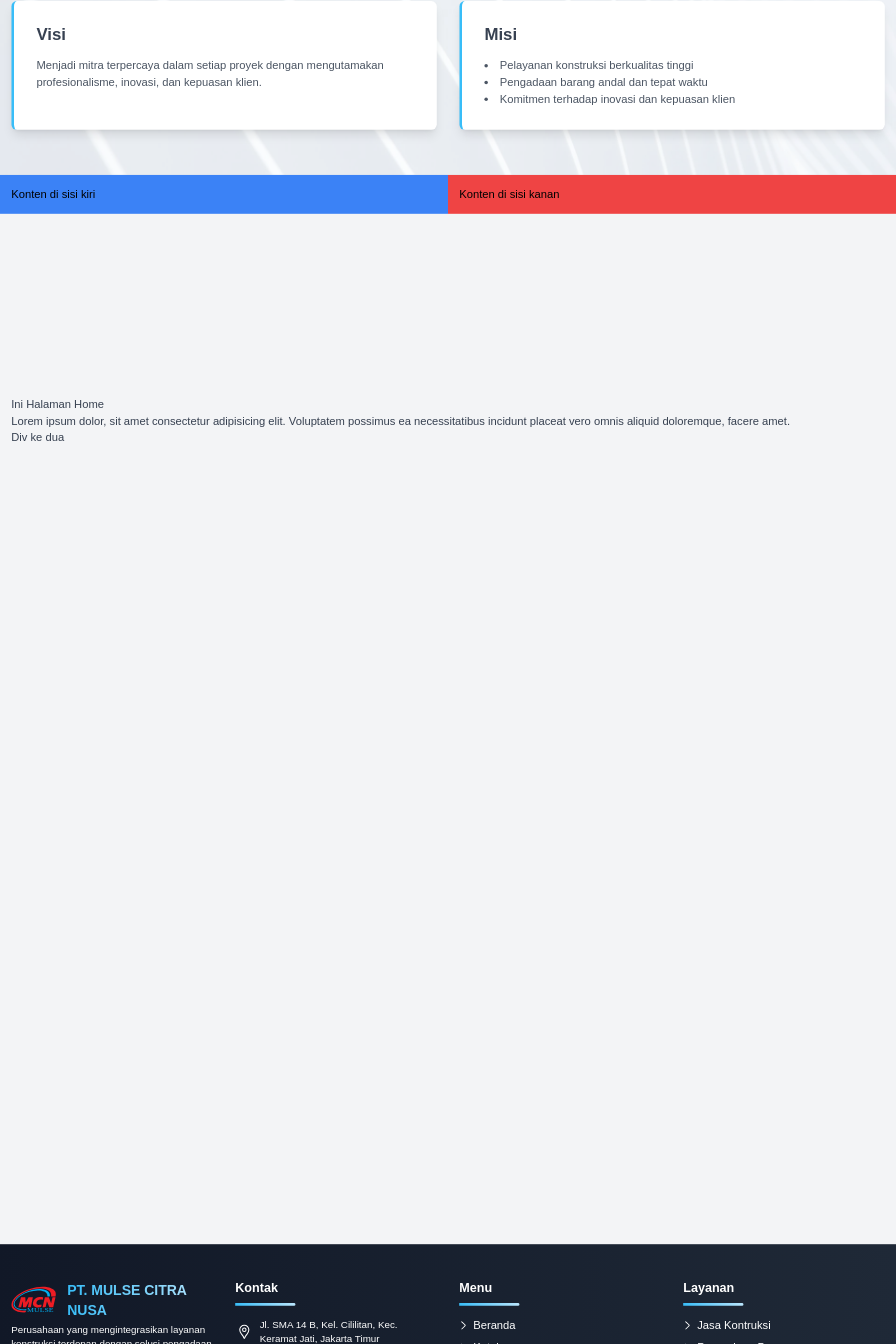
Repository: PrasBaldin/next-mulse
Page: /
These files come from the project's save history. The page is drawn as it stood at one moment and after the next save; the edit follows.
The browser window is 1280 px wide. The pictures show the part of the page from y = 1718 to 3638 px (the page is 3893 px tall before and 3949 px after), at 70% of full size.
The project was rebuilt for these pictures with package versions that can differ from the ones it lists, and the page was loaded fresh each time. The framework's server and built-in components were replaced by stand-ins that run in the browser. Also part of the build but not shown: next.config.ts.

Above is the page before, as saved 2025-02-23 04:27:40.

### app/layout.tsx
import type { Metadata } from "next";
import { Geist, Geist_Mono } from "next/font/google";
import "./globals.css";
import Navbar from "@/components/navbar";
import Footer from "@/components/footer";

const geistSans = Geist({
  variable: "--font-geist-sans",
  subsets: ["latin"],
});

const geistMono = Geist_Mono({
  variable: "--font-geist-mono",
  subsets: ["latin"],
});

export const metadata: Metadata = {
  title: "Mulse",
  description: "Selamat datang di PT. Mulse Citra Nusa, kami menyediakan barang dan jasa sesuai kebutuhan Anda.",
};

export default function RootLayout({
  children,
}: Readonly<{
  children: React.ReactNode;
}>) {
  return (
    <html lang="en">
      <body className={`${geistSans.variable} ${geistMono.variable} antialiased`} >
        <Navbar />
        {children}
        <Footer />
      </body>
    </html>
  );
}

### app/page.tsx
import Hero from "@/components/hero";
import AboutPage from "./about/page";
import ServicesPage from "./services/page";

const IndexPage = () => (
  <>
    <Hero />
    <AboutPage />
    <ServicesPage />
    <section className="bg-gray-100 dark:bg-gray-700 text-gray-700 dark:text-gray-100 transition duration-500 ease-in-out py-5">
      <div className="container">
        <div className="py-[15rem]">
          <h1>Ini Halaman Home</h1>
          <p>Lorem ipsum dolor, sit amet consectetur adipisicing elit. Voluptatem possimus ea necessitatibus incidunt placeat vero omnis aliquid doloremque, facere amet.</p>
          <div className="pb-[15rem]">
            <p>Div ke dua</p>
          </div>
          <div className="py-[20rem]"></div>
        </div>
      </div>
    </section>
  </>
);

export default IndexPage

### app/globals.css
@tailwind base;
@tailwind components;
@tailwind utilities;

:root {
  --background: #ffffff;
  --foreground: #171717;
}

@media (prefers-color-scheme: dark) {
  :root {
    --background: #0a0a0a;
    --foreground: #ededed;
  }
}

body {
  font-family: Arial, Helvetica, sans-serif;
  @apply bg-gray-100 dark:bg-gray-700
}

.container {
  @apply mx-auto px-4
}

.btn {
  @apply p-2 rounded-lg hover:bg-gray-200 dark:hover:bg-gray-600 transition duration-500 ease-in-out
}

### app/services/page.tsx
const ServicesPage = () => {
    return (
        <>
            <section className="w-full flex">
                <div className="w-full lg:w-1/2 bg-blue-500">
                    <div className="container mx-auto p-4">
                        <p>Konten di sisi kiri</p>
                    </div>
                </div>
                <div className="w-full lg:w-1/2 bg-red-500">
                    <div className="container mx-auto p-4">
                        <p>Konten di sisi kanan</p>
                    </div>
                </div>
            </section>

            {/*<section className="Services container">
                <div className="flex flex-col lg:flex-row items-center">
                    <div className="w-full lg:w-1/2 py-16 bg-gradient-to-b from-sky-200 to-sky-500 dark:bg-gray-900 text-gray-700 dark:text-gray-100 transition duration-500 ease-in-out">
                        <div className="container">
                            <div className="Services-left">
                                <span>content</span>
                            </div>
                        </div>
                    </div>
                    <div className="w-full lg:w-1/2 py-16 bg-gradient-to-b from-gray-700 to-gray-900 dark:bg-gray-900 text-gray-700 dark:text-gray-100 transition duration-500 ease-in-out">
                        <div className="container">
                            <div className="Services-right">
                                <span>content right</span>
                            </div>
                        </div>
                    </div>
                </div>
                </section>*/}
        </>
    );
};

export default ServicesPage;

// <section className="py-16 bg-gray-50 dark:bg-gray-900">
//     <div className="container mx-auto px-4">
//         <h1 className="text-4xl font-bold text-center text-gray-800 dark:text-white mb-12 relative inline-block">
//             Layanan Kami
//             <span className="absolute -bottom-2 left-1/2 transform -translate-x-1/2 w-24 h-1 bg-blue-500"></span>
//         </h1>
//         <div className="grid grid-cols-1 md:grid-cols-2 lg:grid-cols-3 gap-8">
//             {/* Card Layanan 1 */}
//             <div className="bg-white dark:bg-gray-800 rounded-lg shadow-lg p-6 border-t-4 border-blue-500 hover:shadow-2xl transition duration-300">
//                 <div className="mb-4 flex justify-center">
//                     <img src="/img/service1.svg" alt="Konstruksi Bangunan" className="w-12 h-12" />
//                 </div>
//                 <h3 className="text-xl font-semibold text-gray-800 dark:text-white mb-2 text-center">
//                     Konstruksi Bangunan
//                 </h3>
//                 <p className="text-gray-600 dark:text-gray-300 text-center">
//                     Menyediakan solusi konstruksi bangunan yang inovatif dan berkualitas tinggi untuk berbagai proyek.
//                 </p>
//             </div>
//             {/* Card Layanan 2 */}
//             <div className="bg-white dark:bg-gray-800 rounded-lg shadow-lg p-6 border-t-4 border-blue-500 hover:shadow-2xl transition duration-300">
//                 <div className="mb-4 flex justify-center">
//                     <img src="/img/service2.svg" alt="Pengadaan Material" className="w-12 h-12" />
//                 </div>
//                 <h3 className="text-xl font-semibold text-gray-800 dark:text-white mb-2 text-center">
//                     Pengadaan Material
//                 </h3>
//                 <p className="text-gray-600 dark:text-gray-300 text-center">
//                     Pengadaan material berkualitas dengan proses cepat dan efisien untuk mendukung setiap proyek konstruksi.
//                 </p>
//             </div>
//             {/* Card Layanan 3 */}
//             <div className="bg-white dark:bg-gray-800 rounded-lg shadow-lg p-6 border-t-4 border-blue-500 hover:shadow-2xl transition duration-300">
//                 <div className="mb-4 flex justify-center">
//                     <img src="/img/service3.svg" alt="Desain Arsitektur" className="w-12 h-12" />
//                 </div>
//                 <h3 className="text-xl font-semibold text-gray-800 dark:text-white mb-2 text-center">
//                     Desain Arsitektur
//                 </h3>
//                 <p className="text-gray-600 dark:text-gray-300 text-center">
//                     Menyediakan layanan desain arsitektur kreatif dan inovatif untuk menciptakan bangunan yang unik dan fungsional.
//                 </p>
//             </div>
//             {/* Card Layanan 4 */}
//             <div className="bg-white dark:bg-gray-800 rounded-lg shadow-lg p-6 border-t-4 border-blue-500 hover:shadow-2xl transition duration-300">
//                 <div className="mb-4 flex justify-center">
//                     <img src="/img/service4.svg" alt="Renovasi &amp; Perbaikan" className="w-12 h-12" />
//                 </div>
//                 <h3 className="text-xl font-semibold text-gray-800 dark:text-white mb-2 text-center">
//                     Renovasi &amp; Perbaikan
//                 </h3>
//                 <p className="text-gray-600 dark:text-gray-300 text-center">
//                     Layanan renovasi dan perbaikan bangunan dengan pendekatan profesional dan efisien untuk meningkatkan nilai properti Anda.
//                 </p>
//             </div>
//             {/* Card Layanan 5 */}
//             <div className="bg-white dark:bg-gray-800 rounded-lg shadow-lg p-6 border-t-4 border-blue-500 hover:shadow-2xl transition duration-300">
//                 <div className="mb-4 flex justify-center">
//                     <img src="/img/service5.svg" alt="Konsultasi Proyek" className="w-12 h-12" />
//                 </div>
//                 <h3 className="text-xl font-semibold text-gray-800 dark:text-white mb-2 text-center">
//                     Konsultasi Proyek
//                 </h3>
//                 <p className="text-gray-600 dark:text-gray-300 text-center">
//                     Menawarkan konsultasi menyeluruh untuk memastikan setiap tahap proyek berjalan dengan lancar dan tepat sasaran.
//                 </p>
//             </div>
//             {/* Card Layanan 6 */}
//             <div className="bg-white dark:bg-gray-800 rounded-lg shadow-lg p-6 border-t-4 border-blue-500 hover:shadow-2xl transition duration-300">
//                 <div className="mb-4 flex justify-center">
//                     <img src="/img/service6.svg" alt="Manajemen Proyek" className="w-12 h-12" />
//                 </div>
//                 <h3 className="text-xl font-semibold text-gray-800 dark:text-white mb-2 text-center">
//                     Manajemen Proyek
//                 </h3>
//                 <p className="text-gray-600 dark:text-gray-300 text-center">
//                     Layanan manajemen proyek terintegrasi yang memastikan pengawasan dan koordinasi setiap aspek proyek secara optimal.
//                 </p>
//             </div>
//         </div>
//     </div>
// </section>

### components/navbar.css
.utility-bar {
    @apply hidden lg:block absolute w-full py-1 bg-gray-100 dark:bg-gray-700 transition duration-500 ease-in-out z-10
}

.utility-content {
    @apply w-auto flex gap-2
}

.social-media-link {
    @apply mr-3 text-gray-700 dark:text-gray-100 hover:text-sky-500 dark:hover:text-sky-500 transition duration-300
}

.navbar {
    @apply bg-white dark:bg-gray-800 transition duration-500 ease-in-out shadow-md lg:top-[40px] fixed lg:absolute w-full z-20
}

.nav-link {
    @apply text-gray-700 hover:text-sky-500 dark:hover:text-sky-500 dark:text-gray-100 py-5 transition duration-500 ease-in-out border-b-2 border-transparent hover:border-sky-500 flex items-center
}

.nav-dropdown {
    @apply bg-white dark:bg-gray-800 absolute top-[4rem] -left-2 w-auto pt-2 p-3 border-2 border-sky-500 shadow-xl rounded-lg overflow-visible transition-all duration-300 transform
}

.nav-link-dropdown {
    @apply text-gray-700 hover:text-sky-500 dark:hover:text-sky-500 dark:text-gray-100 pt-2 pb-1 transition duration-500 ease-in-out hover:bg-gray-100 dark:hover:bg-gray-700 rounded border-b border-gray-200 hover:border-sky-500 block mt-2 px-2
}

.nav-link-mobile {
    @apply hover:bg-gray-100 dark:hover:bg-gray-700 text-gray-700 hover:text-sky-500 dark:hover:text-sky-500 dark:text-gray-100 py-2 pl-2 border-b border-gray-200 hover:border-sky-500 rounded transition
}

.hamburger {
    @apply absolute w-6 h-[3px] bg-gray-800 dark:bg-gray-100 rounded transition duration-500 ease-in-out
}

.dropdown-arrow {
    @apply border-b-2 border-r-2 border-gray-700 dark:border-gray-100 ml-2 w-3 h-3 transition duration-500 ease-in-out
}

.nav-link-mobile:hover .dropdown-arrow {
    @apply border-sky-500
}

### components/footer.css
footer table tr a {
    @apply transition duration-300
}

footer table tr:hover a {
    @apply text-sky-400
}

### components/hero.css
.hero-wrap {
    @apply h-[110vh] min-h-[40rem] overflow-hidden
}

.hero-parallax {
    @apply relative h-[110vh] min-h-[40rem] w-full bg-cover bg-center bg-fixed translate-y-[-0.2px]
}

.hero-mask {
    @apply absolute inset-0 flex items-center justify-center bg-black bg-opacity-30 dark:bg-opacity-50 text-white text-3xl font-bold transition duration-500 ease-in-out
}

.benefit-section {
    @apply max-w-full md:max-w-[85rem] mx-auto md:absolute top-[100vh]
}

.benefit-card {
    @apply transition transform duration-300 ease-in-out p-6 xl:col-span-2
}

### components/heroTypewriter.tsx
"use client";
import { useEffect, useRef, useState } from "react";

interface TypewriterProps {
    text: string;
    speed?: number;
    className?: string;
    delay?: number;
}

export default function Typewriter({
    text,
    speed = 5,
    className = "",
    delay = 0,
}: TypewriterProps) {
    const [displayText, setDisplayText] = useState<string>("");
    const indexRef = useRef<number>(0);

    useEffect(() => {
        setDisplayText("");
        indexRef.current = 0;

        let animationFrameId: number;
        let lastTime: number = performance.now();

        const update = (now: number) => {
            // Hanya update jika tab aktif
            if (document.visibilityState === "hidden") {
                animationFrameId = requestAnimationFrame(update);
                return;
            }

            if (now - lastTime >= speed) {
                setDisplayText((prev) => prev + text.charAt(indexRef.current));
                indexRef.current++;
                lastTime = now;
            }

            if (indexRef.current < text.length) {
                animationFrameId = requestAnimationFrame(update);
            }
        };

        const timeoutId = setTimeout(() => {
            animationFrameId = requestAnimationFrame(update);
        }, delay);

        return () => {
            clearTimeout(timeoutId);
            cancelAnimationFrame(animationFrameId);
        };
    }, [text, speed, delay]);

    return <span className={className}>{displayText}</span>;
}

### app/_assets/icon/iconID.tsx
import React from "react";

const iconID = () => {
    return (
        <svg className="w-5 h-5 rounded-full" version="1.1" id="Layer_1" xmlns="http://www.w3.org/2000/svg" xmlnsXlink="http://www.w3.org/1999/xlink" x="0px" y="0px"
            width="150px" height="150px" viewBox="0 0 150 150" enableBackground="new 0 0 150 150" xmlSpace="preserve">
            <rect x="-1" y="-0.999" fill="#ED1C24" width="152" height="75.999" />
            <rect x="-1" y="75" fill="#FFFFFF" width="152" height="76" />
            <path opacity="0.1" d="M151,160H66c0,0,60.501-26.039,60.501-85C126.501,16.207,66-9.999,66-9.999h85V160z" />
        </svg>
    )
}

export default iconID

### components/toggleLanguage.css
.toggle-lang {
    @apply absolute top-0 bottom-0 left-0 right-0 flex items-center justify-center transition-all duration-500 transform
}

### app/_assets/icon/iconDarkmode.tsx
import React from "react";

const IconDarkmode = () => {
    return (
        <svg xmlns="http://www.w3.org/2000/svg" className="h-5 w-5 text-gray-700 dark:text-gray-100" fill="none" viewBox="0 0 24 24" stroke="currentColor">
            <path strokeLinecap="round" strokeLinejoin="round" strokeWidth={2} d="M20.354 15.354A9 9 0 018.646 3.646 9.003 9.003 0 0012 21a9.003 9.003 0 008.354-5.646z" />
        </svg>
    )
}

export default IconDarkmode

### app/_assets/icon/iconLightmode.tsx
import React from "react";

const IconLightMode = () => {
    return (
        <svg xmlns="http://www.w3.org/2000/svg" className="h-5 w-5 text-gray-100" fill="none" viewBox="0 0 24 24" stroke="currentColor">
            <path strokeLinecap="round" strokeLinejoin="round" strokeWidth="2" d="M12 3v1m0 16v1m9-9h-1M4 12H3m15.364 6.364l-.707-.707M6.343 6.343l-.707-.707m12.728 0l-.707.707M6.343 17.657l-.707.707" />
            <circle cx="12" cy="12" r="3" stroke="currentColor" strokeWidth="2" fill="none" />
        </svg>
    )
}

export default IconLightMode

### components/toggleDarkMode.css
.toggle-dark-mode {
    @apply absolute top-0 bottom-0 left-0 right-0 flex items-center justify-center transition-all duration-500 transform
}

.toggle-dark-mode-mobile {
    @apply flex items-center justify-center transition-all duration-500 transform
}

### app/_assets/icon/iconStar.tsx
import React from 'react'

const iconStar = () => {
    return (
        <svg className="w-[85px] h-[85px] fill-sky-900 dark:fill-gray-100" viewBox="0 0 24 24" fill="none" xmlns="http://www.w3.org/2000/svg">
            <path opacity="0.5" d="M22 12C22 17.5228 17.5228 22 12 22C6.47715 22 2 17.5228 2 12C2 6.47715 6.47715 2 12 2C17.5228 2 22 6.47715 22 12Z" />
            <path d="M10.4127 8.49812L10.5766 8.20419C11.2099 7.06807 11.5266 6.5 12 6.5C12.4734 6.5 12.7901 7.06806 13.4234 8.20419L13.5873 8.49813C13.7672 8.82097 13.8572 8.98239 13.9975 9.0889C14.1378 9.19541 14.3126 9.23495 14.6621 9.31402L14.9802 9.38601C16.2101 9.66428 16.825 9.80341 16.9713 10.2739C17.1176 10.7443 16.6984 11.2345 15.86 12.215L15.643 12.4686C15.4048 12.7472 15.2857 12.8865 15.2321 13.0589C15.1785 13.2312 15.1965 13.4171 15.2325 13.7888L15.2653 14.1272C15.3921 15.4353 15.4554 16.0894 15.0724 16.3801C14.6894 16.6709 14.1137 16.4058 12.9622 15.8756L12.6643 15.7384C12.337 15.5878 12.1734 15.5124 12 15.5124C11.8266 15.5124 11.663 15.5878 11.3357 15.7384L11.0378 15.8756C9.88633 16.4058 9.31059 16.6709 8.92757 16.3801C8.54456 16.0894 8.60794 15.4353 8.7347 14.1272L8.76749 13.7888C8.80351 13.4171 8.82152 13.2312 8.76793 13.0589C8.71434 12.8865 8.59521 12.7472 8.35696 12.4686L8.14005 12.215C7.30162 11.2345 6.88241 10.7443 7.02871 10.2739C7.17501 9.80341 7.78994 9.66427 9.01977 9.38601L9.33794 9.31402C9.68743 9.23495 9.86217 9.19541 10.0025 9.0889C10.1428 8.98239 10.2328 8.82097 10.4127 8.49812Z" />
        </svg>
    )
}

export default iconStar

### tailwind.config.ts
import type { Config } from "tailwindcss";

export default {
  darkMode: 'class',
  content: [
    "./pages/**/*.{js,ts,jsx,tsx,mdx}",
    "./components/**/*.{js,ts,jsx,tsx,mdx}",
    "./app/**/*.{js,ts,jsx,tsx,mdx}"
  ],
  theme: {
    extend: {
      width: {
        '11': '2.75rem',
      },
      height: {
        '11': '2.75rem',
      },
      colors: {
        background: "var(--background)",
        foreground: "var(--foreground)",
      },
    },
  },
  plugins: [],
} satisfies Config;

Loaded but not shown: components/footer.tsx (228 lines, source omitted); components/navbar.tsx (140 lines, source omitted); components/hero.tsx (136 lines, source omitted); app/_assets/icon/iconEN.tsx (58 lines, source omitted); app/about/page.tsx (67 lines, source omitted); app/_assets/icon/iconThumbUp.tsx (45 lines, source omitted); components/heroBenefitSection.tsx (100 lines, source omitted); components/toggleDarkMode.tsx (58 lines, source omitted); app/_assets/icon/iconTeam.tsx (31 lines, source omitted); components/toggleLanguage.tsx (56 lines, source omitted)

After the next save:
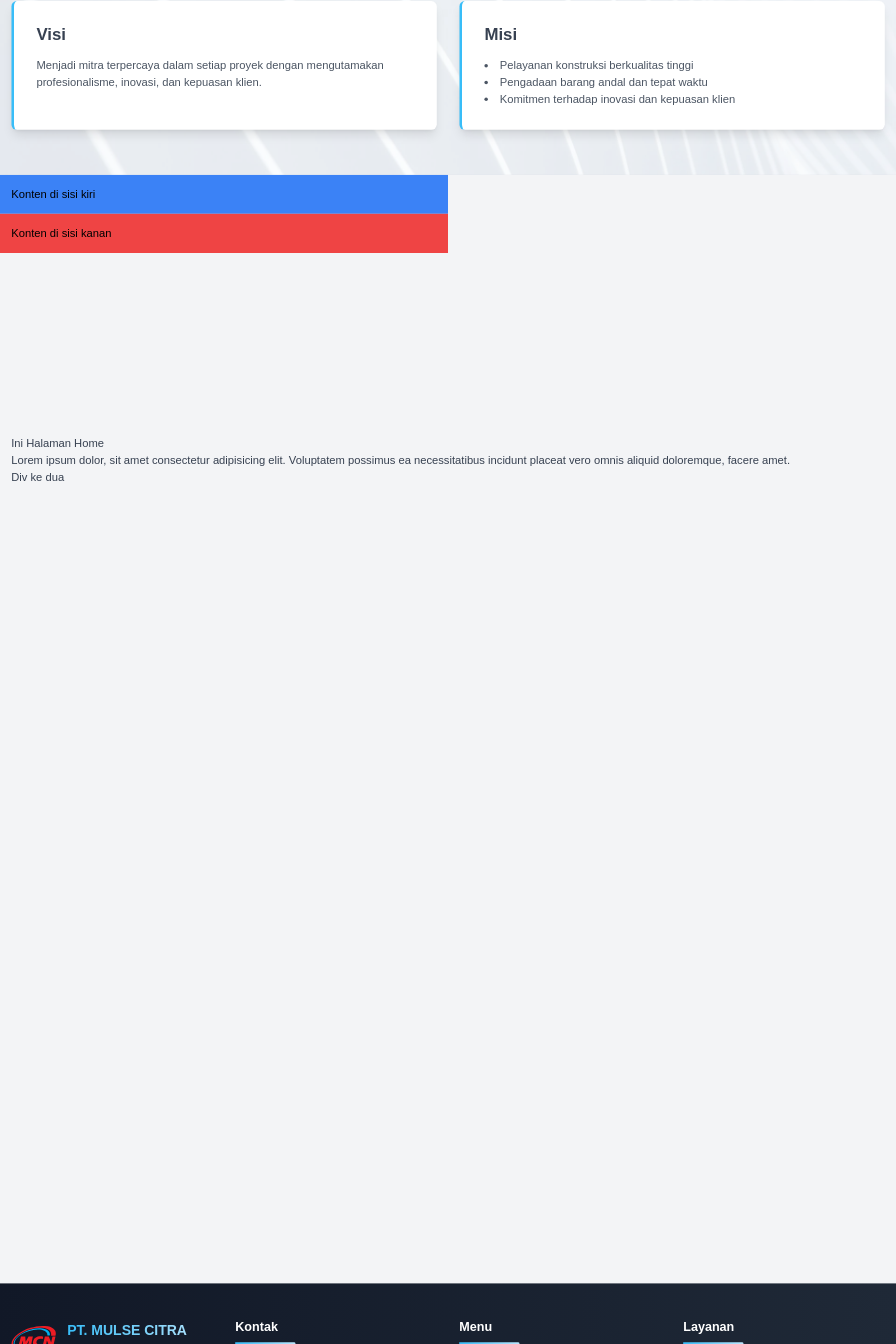
Saved 34 s later.
--- a/app/services/page.tsx
+++ b/app/services/page.tsx
@@ -1,7 +1,7 @@
 const ServicesPage = () => {
     return (
         <>
-            <section className="w-full flex">
+            <section className="w-full flex lg:flex-col">
                 <div className="w-full lg:w-1/2 bg-blue-500">
                     <div className="container mx-auto p-4">
                         <p>Konten di sisi kiri</p>

After the 2 saves that followed:
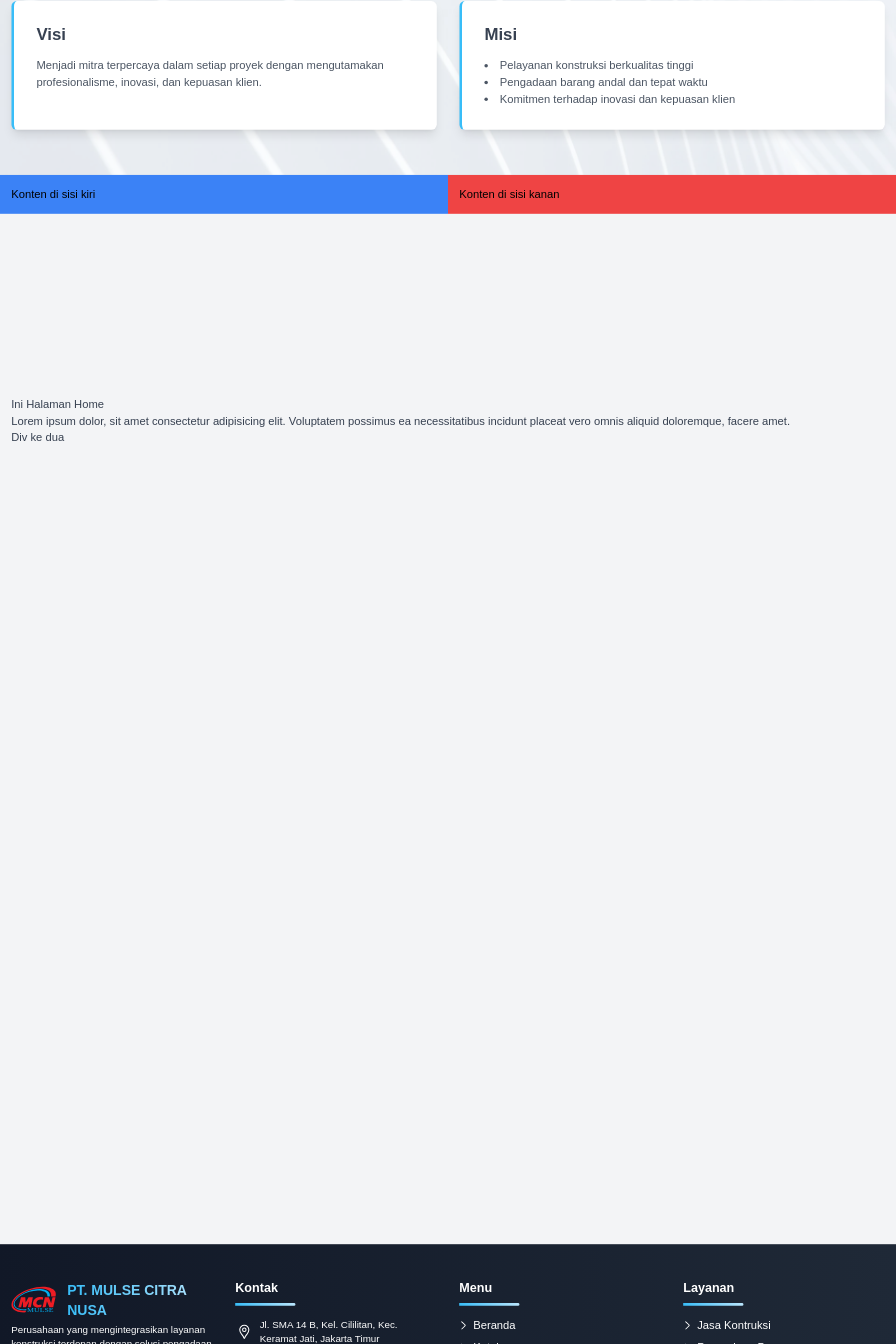
The 2 saves are shown as one change because 1 left the picture as it was.
The last was saved 32 s later.
--- a/app/services/page.tsx
+++ b/app/services/page.tsx
@@ -1,7 +1,7 @@
 const ServicesPage = () => {
     return (
         <>
-            <section className="w-full flex lg:flex-col">
+            <section className="w-full flex flex-col lg:flex-row">
                 <div className="w-full lg:w-1/2 bg-blue-500">
                     <div className="container mx-auto p-4">
                         <p>Konten di sisi kiri</p>
